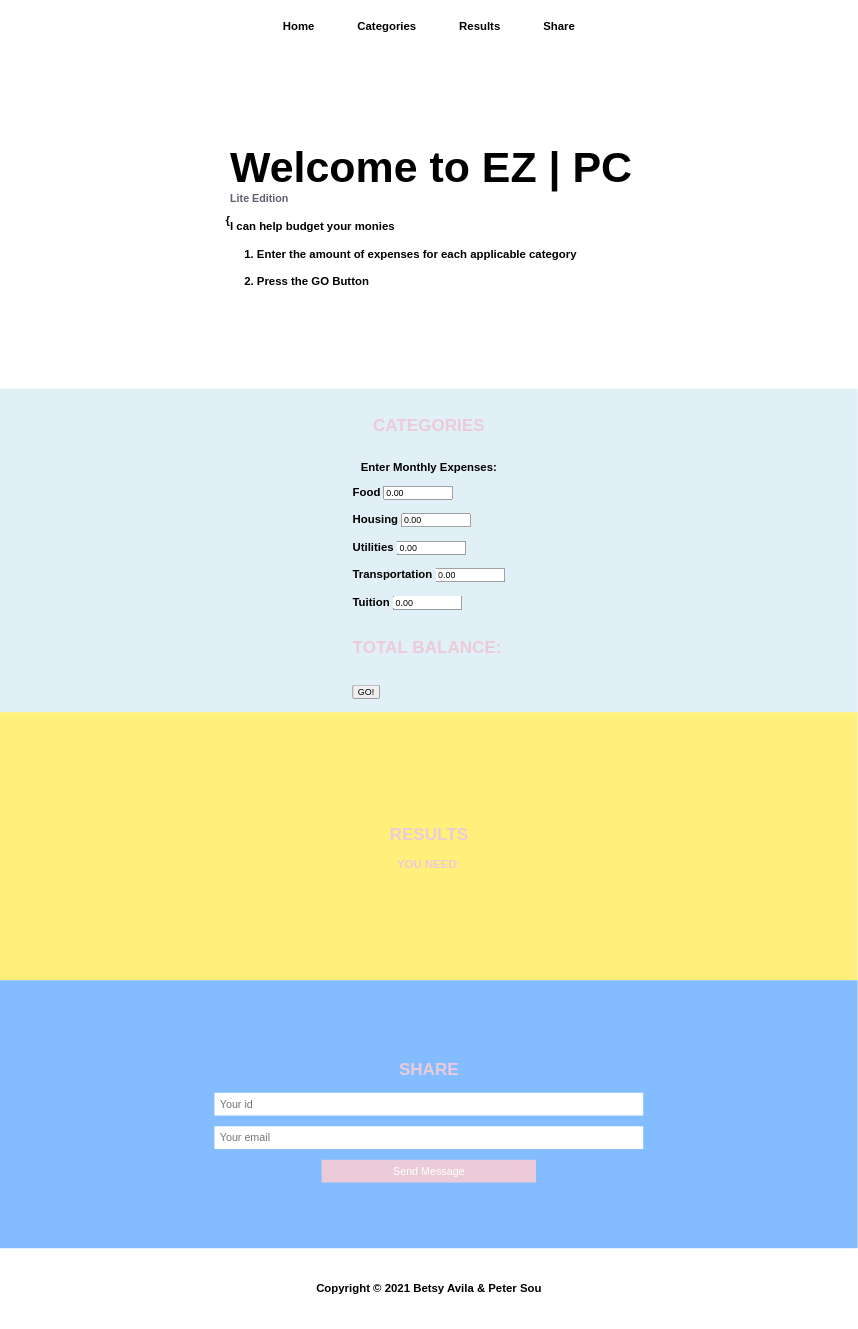
Repository: Peter-Sou/CSE-111-Project-1
Page: http://localhost/
These files come from the project's save history. The page is drawn as it stood at one moment and after the next save; the edit follows.
The browser window is 1280 px wide. The pictures show the whole page, at 67% of full size.
The page is served by the project's application, run on Django 3.2 (manage.py). Other server files are loaded and not shown.

Above is the page before, as saved 2021-12-07 17:59:31.

### ezPC/EZPCAPP/templates/EZPCAPP/hi.html
{% load static %}
<!DOCTYPE html>
<html lang="en">
<head>
    <meta charset="UTF-8">
    <title>EZ-PC-APP</title>
    <!--Resposive meta tag to make this webpage page looking good on mobile browser-->
    <meta id="viewport" content="width=device-width, initial-scale=1.0">
    <!--Add a favicon-->
    <link rel="shortcut icon" type="image/png" href="assets/favicon.png" />
    <!--Add a page title-->
    <title>EZ | PC</title>
    <!--Include styles.css file to this webpage-->
    <link rel="stylesheet" href ="{%static 'css/main.css' %}">
    <!--Include script.js file to this webpage-->
    {% comment %} <script type="module" src="script.js"></script> {% endcomment %}
</head>
<body>
    <nav>
		<a href = "#header">Home</a>
		<a href = '#Categories'>Categories</a>
		<a  href = '#Results'>Results</a>
		<a href = "#Share">Share</a>
    </nav>
    <header id = 'header'> {
        <div>
            <h1>Welcome to EZ | PC</h1>
            <h3>Lite Edition</h3>
            <h4>I can help budget your monies</h4>
            <ol>
                <li>Enter the amount of expenses for each applicable category</li>
                <br>
                <li>Press the GO Button</li>
                </ol>
        </div>
        {% comment %} <img src="assets/profile_professional.jpg"> {% endcomment %}
	</header>
    <section id = 'Categories'>
	    <h2>Categories</h2>
		<p><strong>Enter Monthly Expenses:</strong> </p>

		<form>
		    <div>
			    <label for = "food">Food</label>
				<input type="number" id= "Food" min="0.00" step="0.01" max="30000" value="0.00" />
			</div>
			<br>
			<div>
			    <label for = "Housing">Housing</label>
				<input type="number" id="Housing" min="0.00" step="0.01" max="30000" value="0.00" />
			</div>
			<br>
			<div>
			    <label for = "Utilities">Utilities</label>
				<input type="number" id= "Utilities" min="0.00" step="0.01" max="30000" value="0.00" />
			</div>
			<br>
			<div>
			    <label for = "Transportation">Transportation</label>
				<input type="number" id= "Transportation" min="0.00" step="0.01" max="30000" value="0.00" />
			</div>
			<br>
			<div>
			    <label for = "Tuition">Tuition</label>
				<input type="number" id = "Tuition" min="0.00" step="0.01" max="30000" value="0.00" />
			</div>
			<br>
			<div>
			    <h2>Total Balance: </h2>
				<h2 id = "total"></h2>
            </div>
			<br>
            <button onclick = "CalcSum()">GO!</button>
		</form>

		</section>
		<section id = 'Results'>
			<div>
				<h2>Results</h2>
				<p id = "total">You need: </p>
			</div>
		</section>
		<section id = 'Share'>
			<h2>Share</h2>
			<form action = '/survey/checkout' method = 'post' enctype= "multipart/form-data">
				<input type="id" placeholder='Your id' required>
				<input type="email" placeholder='Your email' required>
				<button>Send Message</button>
				<input type='hidden' id='redirecturl' value='thankyou.html'>
				<input type='hidden' id='survey' value='Share'>
			</form>
		</section>

		<main></main>
		<footer id = "foot">
			<div>Copyright © 2021 Betsy Avila & Peter Sou</div>
		</footer>
	</body>

</html>

### ezPC/EZPCAPP/views.py
from django.shortcuts import render
from django.http import HttpResponse
def hi(request):
    return render(request,'EZPCAPP/hi.html')

### ezPC/ezPC/urls.py
"""ezPC URL Configuration

The `urlpatterns` list routes URLs to views. For more information please see:
    https://docs.djangoproject.com/en/3.2/topics/http/urls/
Examples:
Function views
    1. Add an import:  from my_app import views
    2. Add a URL to urlpatterns:  path('', views.home, name='home')
Class-based views
    1. Add an import:  from other_app.views import Home
    2. Add a URL to urlpatterns:  path('', Home.as_view(), name='home')
Including another URLconf
    1. Import the include() function: from django.urls import include, path
    2. Add a URL to urlpatterns:  path('blog/', include('blog.urls'))
"""
from django.contrib import admin
from django.urls import path, include


urlpatterns = [
    path('admin/', admin.site.urls),
    path('', include('EZPCAPP.urls'))
]

### ezPC/EZPCAPP/urls.py

from django.urls import path
from . import views

urlpatterns = [
    path('', views.hi, name="home-page"),
]

### ezPC/EZPCAPP/static/css/main.css
*{
	box-sizing: border-box;
}
html{
	scroll-behavior: smooth;
}

body {
	display:flex;
	flex-direction: column;
	align-items:center;
	justify-content:space-between;

	margin:0;
	padding:0;
	min-height:100vh;

	font-family: 'Josefin Sans', sans-serif;/*link href in the head tag*/
	font-size: 17px;
	font-weight:bold;
}

body > * {
	display: flex;
	align-items: center;
	justify-content:center;

}
nav{
	color: black;
	background-color: white;
	height:80px;
	width: 100%;

	max-width:500px;
	justify-content: space-around;
	flex-wrap: wrap;

	position: sticky;
	top:0;
}
/*select all a elements/tags in nav*/
nav a{
	text-decoration: none;
	color: black;
	margin: 0 12px;

}
nav > a{
	margin: 0 10px;
	color: black;
}

a: hover{
	color:#80ffe8;
}

header {
	color:black;
	background-color: white;
	height:500px;
	width:100%;
}

header h1 {
	font-size: 64px;
	margin: 0;
}

header h2 {
	font-size: 40px;
	margin: 0;
	color: #eccbd9;
	/* Make all of the characters to uppercase*/
	text-transform: uppercase;
}

header h3 {
	font-size: 16px;
	margin: 0;
	color: #5E616E;
}

header img {
	max-width: 100%;
	height: auto;
	background-color: #fff;
	border-radius: 100%;
	margin-left: 40px;
}

#Categories{
	color:black;
	background-color:#E1EFF6;
	min-height:400px;
	width:100%;
	padding: 20px 0;
	flex-direction: column;

}

#Categories h2{
	color: #eccbd9;
	text-transform:uppercase;
}

#Results{

	color:black;
	background-color:#fff07c;
	min-height:400px;
	width:100%;
	padding: 20px 0;


	display: flex;
	align-items: center;
	justify-content: center;

}
#Results{
	color: #eccbd9;
	text-transform:uppercase;
}

#Results > div{
	max-width:auto;
	width:100%;
	/* padding: top right bottom left */
	padding: 16px 40px 16px 40px;

	/*a in rgba is the alpha channel that specifies the opacity for a color
	background-color: rgba(0, 0, 0, 0.4);*/
	margin:20px 0;
	/* Define the text color in this div box*/
	text-align: center;

}

#Share{
	color:black;
	background-color:#83bcff;
	min-height:400px;
	padding: 20px 0;
	width:100%;
	flex-direction: column; /*keeps the text in the  middle of the colored square*/
}

#Share h2{
	color: #eccbd9;
	text-transform: uppercase;
}

#Share form{
	max-width:640px;
	width:100%;
	display:flex;
	flex-direction: column;
	align-items:center;
}

#Share form >*{
	font-family: 'Josefin Sans', sans-serif;
}

#Share input{
	width:100%;
	font-size: 16px;
	padding: 8px;
	border: none;
	margin-bottom: 16px;

}

#Share textarea{
	width:100%;
	font-size: 16px;
	padding: 8px;
	border: none;
	margin-bottom: 16px;
	height: 120px;
	resize: none;
}

#Share button{
	width: 50%;
	background-color: #eccbd9;
	color:white;
	padding: 8px 16px;
	font-size: 16px;
	border:none;
	cursor:pointer;

}

footer {
	height: 120px;
	display: flex;
	flex-direction: column;
	align-items: center;
	justify-content: center;

}

footer .links{
	display:flex;
	align-items:center;
	justify-content: space-evenly;
	width:120px;
	margin-bottom:8px;

}

footer .links img{
	max-width:100%;
	height:auto;
}

After the next save:
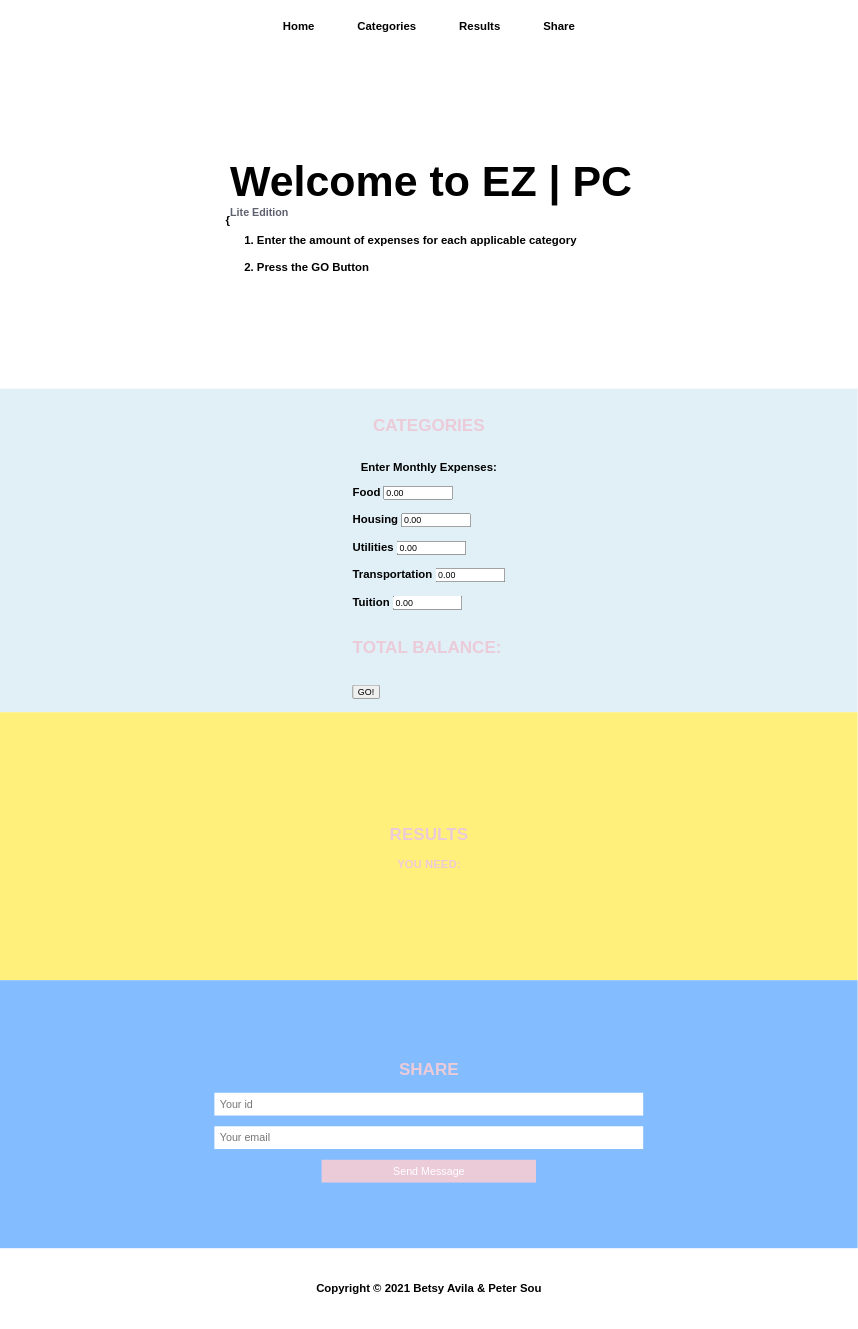
Saved 24 s later.
--- a/ezPC/EZPCAPP/templates/EZPCAPP/hi.html
+++ b/ezPC/EZPCAPP/templates/EZPCAPP/hi.html
@@ -26,7 +26,7 @@
         <div>
             <h1>Welcome to EZ | PC</h1>
             <h3>Lite Edition</h3>
-            <h4>I can help budget your monies</h4>
+            <h4></h4>
             <ol>
                 <li>Enter the amount of expenses for each applicable category</li>
                 <br>
